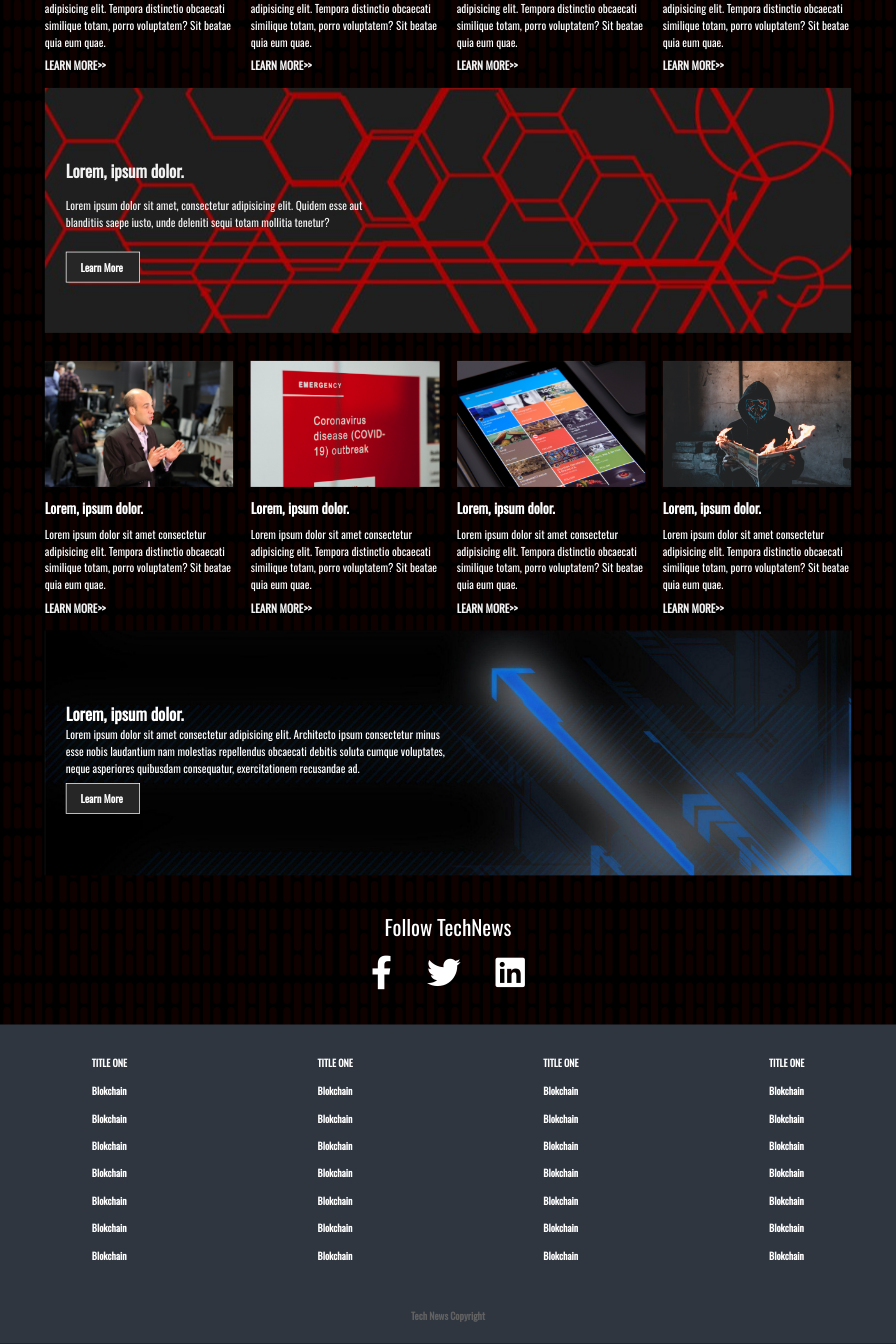
Repository: NickArregoces/News_Web
Page: index.html
An editor plug-in stored every save of this project. The page is shown before and after a run of saves, followed by the edit.
The browser window is 1280 px wide. The pictures show the part of the page from y = 911 to 2831 px (the page is 2831 px tall before and 2752 px after), at 70% of full size.

Above is the page before, as saved 2021-12-24 21:16:52.

### index.html
<!DOCTYPE html>
<html lang="en">
<head>
    <meta charset="UTF-8">
    <meta http-equiv="X-UA-Compatible" content="IE=edge">
    <meta name="viewport" content="width=device-width, initial-scale=1.0">
    <title>TechNews</title>
    <!--FONT AWESOME-->
    <link rel="stylesheet" href="https://cdnjs.cloudflare.com/ajax/libs/font-awesome/6.0.0-beta3/css/all.min.css">

    <link rel="stylesheet" href="style.Css">
    <!--Oswald FONTS-->
    <link rel="preconnect" href="https://fonts.googleapis.com">
<link rel="preconnect" href="https://fonts.gstatic.com" crossorigin>
<link href="https://fonts.googleapis.com/css2?family=Oswald:wght@200;300;400&display=swap" rel="stylesheet">
</head>
<body>


    <div class="menu-btn">
        <i class="fas fa-bars fa-2x" ></i><!---fa-2x doble del tamañp-->

    </div>

    <div class="container">

        <nav class ="nav-main">
            <img src="img/brand.png" alt="" class="nav-brand">

            <ul class="nav-menu show">
                <li>
                    <a href="#">Web Development</a>
                </li>
                <li>
                    <a href="#">blochain</a>
                </li>
                <li>
                    <a href="#">Artificial Intelligence</a>
                </li>
                <li>
                    <a href="#">Machine Learning</a>
                </li>
                <li>
                    <a href="#">Quantum Computing</a>
                </li>
                <li>
                    <a href="#">Startup</a>
                </li>
                <li>
                    <a href="#">More</a>
                </li>
            </ul>
            <ul class="nav-menu-right">
                <li>
                    <a href="">
                        <i class="fas fa-search"></i>
                    </a>
                </li>
            </ul>
        </nav>
        <hr> <!--Crea una linea -->


        <!--Showcase=Imagen pricnipal-->
        <header class="showcase">
            <h2>Big News Today</h2>
            <p>Lorem ipsum dolor sit, amet consectetur adipisicing elit. A laboriosam eaque, praesentium suscipit velit harum cupiditate unde corrupti vitae, asperiores beatae quae. Minima veritatis quas blanditiis et assumenda aperiam voluptatum!</p>
        <!--lorem30 te crea 30 palabras-->
            <a class="btn" href="#">Read More>> <i class="fas fa-angles-double-right"></i></a>
        </header>

        <!--NEWS CARDS(COLUMNAS)-->
        <div class="news-cards">
            <div class="">
                <img src="img/news1.jpg" alt="News 1">
                <h3>Lorem, ipsum dolor.</h3>
                <p>Lorem ipsum dolor sit amet consectetur adipisicing elit. Tempora distinctio obcaecati similique totam, porro voluptatem? Sit beatae quia eum quae.</p>
                <a href="">Learn More>><i class="fas fa-amgle-dpuble-right"></i></a>
            </div>
            <div class="">
                <img src="img/news2.jpg" alt="News 2">
                <h3>Lorem, ipsum dolor.</h3>
                <p>Lorem ipsum dolor sit amet consectetur adipisicing elit. Tempora distinctio obcaecati similique totam, porro voluptatem? Sit beatae quia eum quae.</p>
                <a href="">Learn More>><i class fas fa-amgle-dpuble-right></i></a>
            </div>
            <div class="">
                <img src="img/news3.jpg" alt="News 3">
                <h3>Lorem, ipsum dolor.</h3>
                <p>Lorem ipsum dolor sit amet consectetur adipisicing elit. Tempora distinctio obcaecati similique totam, porro voluptatem? Sit beatae quia eum quae.</p>
                <a href="">Learn More>><i class="fas fa-amgle-dpuble-right" ></i></a>
            </div>
            <div class="">
                <img src="img/news4.jpg" alt="News 4">
                <h3>Lorem, ipsum dolor.</h3>
                <p>Lorem ipsum dolor sit amet consectetur adipisicing elit. Tempora distinctio obcaecati similique totam, porro voluptatem? Sit beatae quia eum quae.</p>
                <a href="">Learn More>><i class="fas fa-amgle-dpuble-right"></i></a>
            </div>
        </div>

        <div>

            <section class="cards-banner-one">
                <div class="content">
                    <h2>Lorem, ipsum dolor.</h2>
                    <p>Lorem ipsum dolor sit amet, consectetur adipisicing elit. Quidem esse aut blanditiis saepe iusto, unde deleniti sequi totam mollitia tenetur?</p>
                    <a href="#" class="btn">Learn More <i class="fas fa-amgle-dpuble-right"></i></a>
                </div>

            </section>

            <!--NEWS CARDS(COLUMNAS)-->
        <div class="news-cards">
            <div class="">
                <img src="img/news1.jpg" alt="News 1">
                <h3>Lorem, ipsum dolor.</h3>
                <p>Lorem ipsum dolor sit amet consectetur adipisicing elit. Tempora distinctio obcaecati similique totam, porro voluptatem? Sit beatae quia eum quae.</p>
                <a href="">Learn More>><i class="fas fa-amgle-dpuble-right"></i></a>
            </div>
            <div class="">
                <img src="img/news2.jpg" alt="News 2">
                <h3>Lorem, ipsum dolor.</h3>
                <p>Lorem ipsum dolor sit amet consectetur adipisicing elit. Tempora distinctio obcaecati similique totam, porro voluptatem? Sit beatae quia eum quae.</p>
                <a href="">Learn More>><i class fas fa-amgle-dpuble-right></i></a>
            </div>
            <div class="">
                <img src="img/news3.jpg" alt="News 3">
                <h3>Lorem, ipsum dolor.</h3>
                <p>Lorem ipsum dolor sit amet consectetur adipisicing elit. Tempora distinctio obcaecati similique totam, porro voluptatem? Sit beatae quia eum quae.</p>
                <a href="">Learn More>><i class="fas fa-amgle-dpuble-right" ></i></a>
            </div>
            <div class="">
                <img src="img/news4.jpg" alt="News 4">
                <h3>Lorem, ipsum dolor.</h3>
                <p>Lorem ipsum dolor sit amet consectetur adipisicing elit. Tempora distinctio obcaecati similique totam, porro voluptatem? Sit beatae quia eum quae.</p>
                <a href="">Learn More>><i class="fas fa-amgle-dpuble-right"></i></a>
            </div>
        </div>

        <section class="cards-banner-two">
            <div class="content">
                <h2>Lorem, ipsum dolor.</h2>
                <p>Lorem ipsum dolor sit amet consectetur adipisicing elit. Architecto ipsum consectetur minus esse nobis laudantium nam molestias repellendus obcaecati debitis soluta cumque voluptates, neque asperiores quibusdam consequatur, exercitationem recusandae ad.</p>
                <a href="#" class="btn">Learn More <i class="fas fa-angles-double-right"></i> </a>
            </div>
        </section>

        <section class="social">

                <p> Follow TechNews</p>
                <div class="links">
                    <a href="#"><!--Se crean lo iconos automaticamente-->
                        <i class="fab fa-facebook-f"></i>
                    </a>
                <a href="#">
                    <i class="fab fa-twitter"></i>
                </a>
                <a href="#">
                    <i class="fab fa-linkedin"></i>
                </a>

                </div>

        </section>

        </div>

    </div>

    <div class="footer-links">
        <div class="footer-container">
            <ul>
                <li>
                    <a href="#">
                        <h3>TITLE ONE</h3>
                    </a>
                </li>
                <li>
                    <a href="#">
                        <h3>Blokchain</h3>
                    </a>
                </li>
                <li>
                    <a href="#">
                        <h3>Blokchain</h3>
                    </a>
                </li>
                <li>
                    <a href="#">
                        <h3>Blokchain</h3>
                    </a>
                </li>
                <li>
                    <a href="#">
                        <h3>Blokchain</h3>
                    </a>
                </li>
                <li>
                    <a href="#">
                        <h3>Blokchain</h3>
                    </a>
                </li>
                <li>
                    <a href="#">
                        <h3>Blokchain</h3>
                    </a>
                </li>
                <li>
                    <a href="#">
                        <h3>Blokchain</h3>
                    </a>
                </li>
            </ul>

            <ul>
                <li>
                    <a href="#">
                        <h3>TITLE ONE</h3>
                    </a>
                </li>
                <li>
                    <a href="#">
                        <h3>Blokchain</h3>
                    </a>
                </li>
                <li>
                    <a href="#">
                        <h3>Blokchain</h3>
                    </a>
                </li>
                <li>
                    <a href="#">
                        <h3>Blokchain</h3>
                    </a>
                </li>
                <li>
                    <a href="#">
                        <h3>Blokchain</h3>
                    </a>
                </li>
                <li>
                    <a href="#">
                        <h3>Blokchain</h3>
                    </a>
                </li>
                <li>
                    <a href="#">
                        <h3>Blokchain</h3>
                    </a>
                </li>
                <li>
                    <a href="#">
                        <h3>Blokchain</h3>
                    </a>
                </li>
            </ul>

            <ul>
                <li>
                    <a href="#">
                        <h3>TITLE ONE</h3>
                    </a>
                </li>
                <li>
                    <a href="#">
                        <h3>Blokchain</h3>
                    </a>
                </li>
                <li>
                    <a href="#">
                        <h3>Blokchain</h3>
                    </a>
                </li>
                <li>
                    <a href="#">
                        <h3>Blokchain</h3>
                    </a>
                </li>
                <li>
                    <a href="#">
                        <h3>Blokchain</h3>
                    </a>
                </li>
                <li>
                    <a href="#">
                        <h3>Blokchain</h3>
                    </a>
                </li>
                <li>
                    <a href="#">
                        <h3>Blokchain</h3>
                    </a>
                </li>
                <li>
                    <a href="#">
                        <h3>Blokchain</h3>
                    </a>
                </li>
            </ul>

            <ul>
                <li>
                    <a href="#">
                        <h3>TITLE ONE</h3>
                    </a>
                </li>
                <li>
                    <a href="#">
                        <h3>Blokchain</h3>
                    </a>
                </li>
                <li>
                    <a href="#">
                        <h3>Blokchain</h3>
                    </a>
                </li>
                <li>
                    <a href="#">
                        <h3>Blokchain</h3>
                    </a>
                </li>
                <li>
                    <a href="#">
                        <h3>Blokchain</h3>
                    </a>
                </li>
                <li>
                    <a href="#">
                        <h3>Blokchain</h3>
                    </a>
                </li>
                <li>
                    <a href="#">
                        <h3>Blokchain</h3>
                    </a>
                </li>
                <li>
                    <a href="#">
                        <h3>Blokchain</h3>
                    </a>
                </li>
            </ul>
        </div>
    </div>

    <footer class="footer">
        <h3>Tech News Copyright</h3>
    </footer>

    <script src="./main.js" ></script>
</body>
</html>

### style.Css
*{
    box-sizing: border-box;
    margin: 0;
    padding: 0;
}

body{
    background:#000000;
    color:#ffff;
    background-color: #000000;
    background-image: url("data:[embedded picture, 663 characters]");
    font-size: 16px;
    font-family: 'Oswald', sans-serif;
}

a{
    color: #ffff;
    text-decoration: none;
}

ul{
    list-style: none;
}
.container{
    width: 90%;/*responsive*/
    margin: auto;
    color: #ffff;/*MIO*/
}
/*Navigation*/
.nav-main{
    font-size: 17px;
    display: flex;/*Elememnto al lado de otro*/
    justify-content: space-between;
    align-items: center;
    height: 60px;
    padding: 20px 0px;
}
.nav-brand{
    width: 50px;
}

/*Nav Left*/
.nav-main ul{
    display:flex;
}

.nav-main ul li{
    padding: 10px;
}

.nav-main ul li a{
    padding: 6px;
}

.nav-main ul li a:hover {
    border-bottom: 2px solid #ffffff;
}
.nav-main ul.nav-menu{
    flex:1;
    margin-left: 20px;
}

.menu-btn {
    position: absolute;
    cursor: pointer;
    top: 15px;
    right: 30px;
    z-index: 2;
}

/*Showcase*/
hr{
    margin:10px 0px;
}
.showcase{
    width: 100%;
    height: 550px;
    /*Arreglar img */
    background: url(/img/showcase2.jpg) no-repeat center center/cover;
    padding: 50px;
    margin-bottom: 20px;/*Margen interna*/
    display:flex;
    flex-direction: column;
    align-items: center;/*centrar P*/
    justify-content: flex-end; /*p al final*/
}

.btn{
    cursor: pointer;
    display: inline-block;
    border: 0;
    font-weight: bold;
    padding: 10px 20px;
    background: #262626;
    color:#ffffff;
    font-size: 15px;
    border: 1px solid #ffff;
    margin:10px 0px;
}

.btn:hover{
    opacity: 0.7;
}

.showcase h2,
.showcase p{
    margin-bottom: 10px;
}

/*News CARS*/
.news-cards{
    display: grid;
    grid-template-columns: 1fr 1fr 1fr 1fr;/*4 columnas*/
    gap: 25px;/*espaciado card*/
    margin: 10px 0;
}

.news-cards img{
    width:100%;
    height:  180px;
}

.news-cards h3{
    font-size: 20px;
    margin:  10px 0;

}

.news-cards a{
    padding: 10px 0;
    color: #f2f2f2;
    text-transform: uppercase;
    display: inline-block;
    font-weight: bold;
}

.news-cards a:hover{
    text-decoration: underline; /*Line debajo*/
}

/*Cards-banner-one*/

.cards-banner-one {
    width: 100%;
    height: 350px;
    background: url(./img/tech-red.jpg) no-repeat center/cover;;
    margin-bottom: 40px;
}
.cards-banner-one .content{
    width: 40%;
    padding: 90px 0 0 30px;
    color: #f2f2f2;
}

.cards-banner-one p,
.cards-banner-one h2{
    margin: 10px 0 20px 0;
}

/*CARDS BANNER TWO*/

.cards-banner-two{
    background: url(./img/image-five.jpg) no-repeat center/cover;
    width: 100%;
    height: 350px;
}

.cards-banner-two .content{
    width: 50%;
    padding: 100px 0 0 30px;
}

/*Social*/
.social{
    margin: 50px;
}

.social p{
    text-align: center;
    font-size: 30px;
    margin-bottom: 20px;
}

.links{
    display: flex;
    align-items: center;
    justify-content: center;
}

.links a{
    margin: 0 25px;
}
.links a i{
    font-size: 3rem;
}

/*Footer-Links*/

.footer-links{
    background: #2f3640;
    color: #616161;
    font-size: 12px;
    padding: 35px 0;
}

.footer-container {
    display: grid;/*activa grid*/
    grid-template-columns: repeat(4, 1fr);
    gap: 10px;
    align-items: flex-start;
    justify-content: center;
}

.footer-container ul{
    margin:0 auto; /*Automaticamente margen separadas*/
}
.footer-container ul li{
    line-height: 2.8;
}

.footer{
    background: #2f3640;
    color: #616161;
    font-size: 12px;
    padding:20px 0;
    text-align: center;
    padding-bottom: 30px;
}

/*!RESPONSIVE*/
@media (max-width: 700px) {

    .nav-main ul.nav-menu{
        display: block; /*Los elementos de bajan en linea*/
        position: absolute;
        top: 0;
        left: 0;/*Para que quede al borde*/
        background: #2f3640;
        height: 100%;
        padding: 30px;
        opacity: .9;
        transform: translateX(-400px);/*se muestre el boton*/
        transition: transform .5s ease-in-out ;
    }

    .nav-main ul.nav-menu.show{
        transform: translateX(-20px);
    }

    .nav-main ul.nav-menu li{
        padding: 20px;
        /*border-bottom: #ccc solid 1px  para borde abajo*/
        font-size: 14px;
    }

    .nav-main ul.nav-menu-right{
        margin-right: 40px;
    }
    .news-cards {
        grid-template-columns: repeat(2, 1fr);
    }

    .cards-banner-one .content,
    .cards-banner-two .content{
        width: 80%;
    }

    .footer-links .footer-container{
        grid-template-columns: repeat(2, 1fr);
    }
}

@media (max-width: 500px) {
    .news-cards {
        grid-template-columns: 1fr;/* 1 columna*/
    }

    .news-cards img{
        height:  270px;
    }

    .cards-banner-two .content,
    .cards-banner-one .content{
        width: 100%;
        padding: 60px 20px;
    }

    .footer-links .footer-container{
        grid-template-columns: 1fr;
    }
}

### main.js
// boton
document.querySelector('.menu-btn').addEventListener('click', () => {// seleccionar un documento clase btn
    document.querySelector('.nav-menu').classList.toggle('show'); // claslist añadir o quitar la clase show
});

After the next 2 saves:
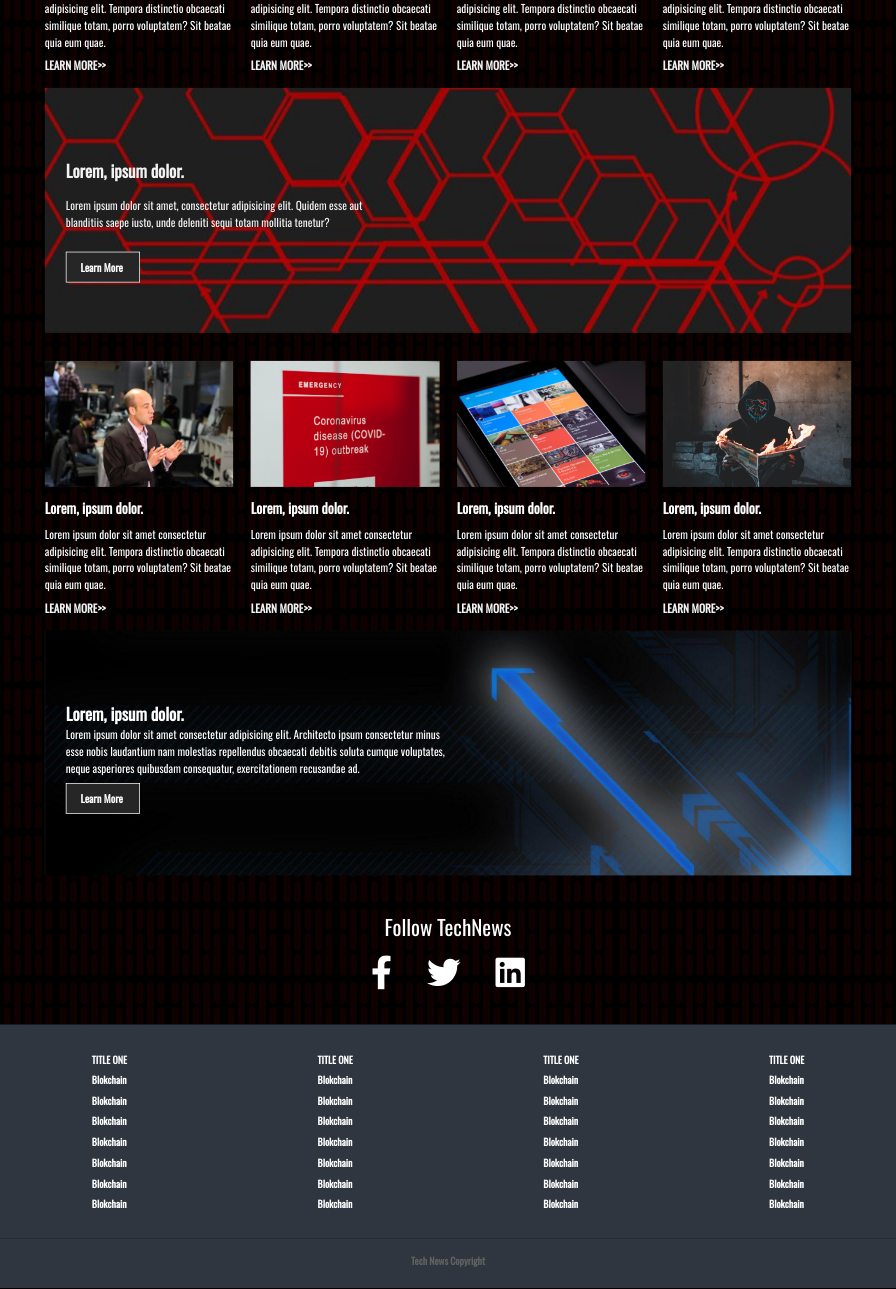
The 2 saves are shown as one change because they came seconds apart.
The last was saved 62 s later.
--- a/style.Css
+++ b/style.Css
@@ -215,7 +215,7 @@ hr{
     margin:0 auto; /*Automaticamente margen separadas*/
 }
 .footer-container ul li{
-    line-height: 2.8;
+    line-height: 2.1;
 }
 
 .footer{
